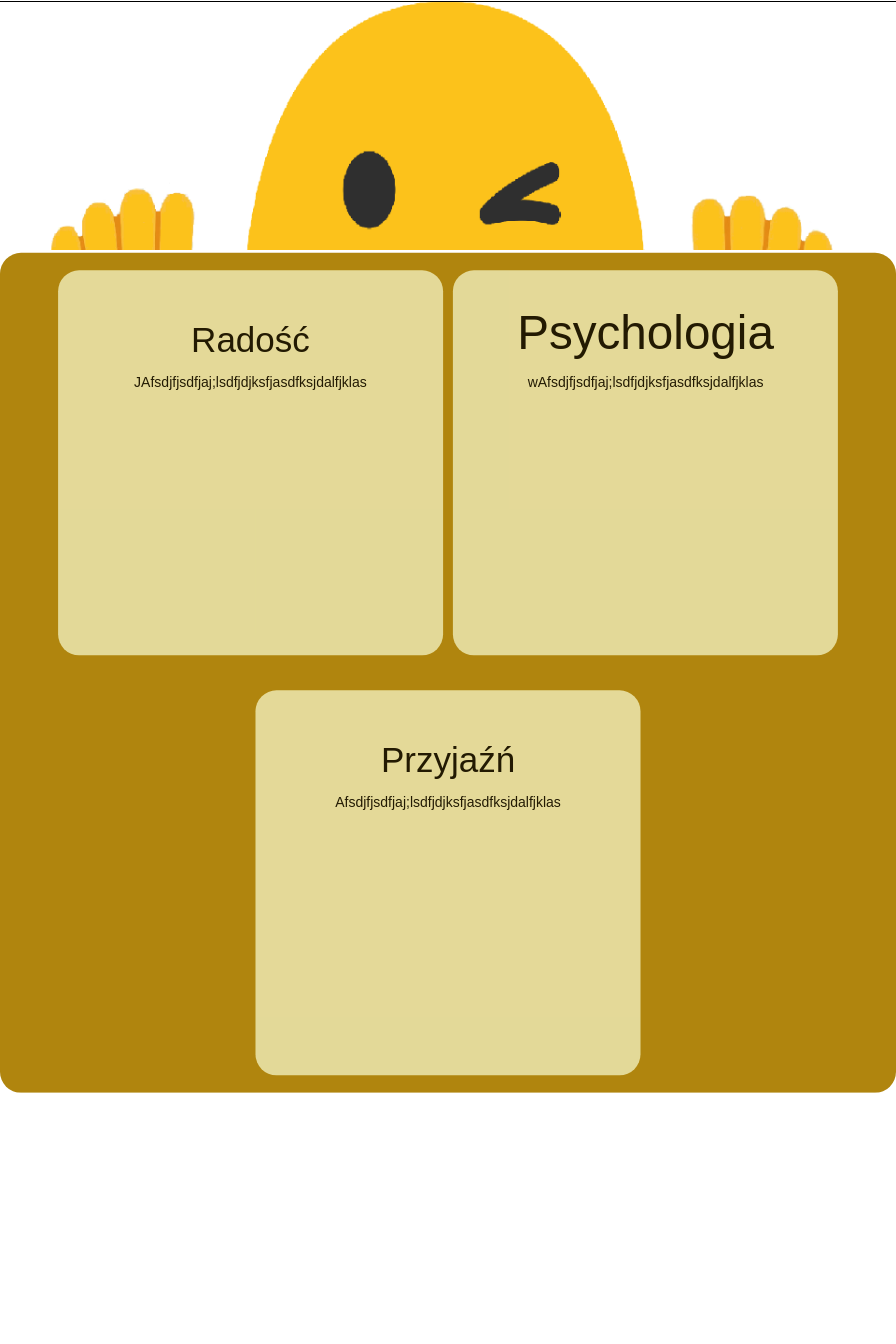
Repository: addstaw/moja-strona
Page: index.html
The author's editor kept a copy of each file at every save. The page is drawn from the files as they stood at one save, then again after the next save.
The browser window is 1280 px wide. The pictures show the part of the page from y = 363 to 2283 px (the page is 2924 px tall), at 70% of full size.
Some web fonts or font styles are not loaded; a fallback is used.

Above is the page before, as saved 2020-05-11 10:26:41.

### index.html
<!DOCTYPE html>
<html lang="pl">
    <head>
        <meta charset="utf-8"/>
        <title> Cheer Up</title>
        <link rel="shortcut icon" href="png/logo1.png" type="image/x-icon" />
        <meta name="description" content="Uśmiech to coś więcej niż prosty wyraz emocji. To nasza dusza wypuszczona na zewnątrz."/>
        <meta name="keywords" content="uśmiech, szczęście"/>
        <meta http-equiv="X-UA-Compatible" content="IE=edge, chrome=1"/>
        <link rel="stylesheet" href="css/style6.css" type="text/css"/>
        <link href="https://fonts.googleapis.com/css2?family=Ceviche+One&display=swap" rel="stylesheet">

    </head>
    <body>
        <div id="maincontainer">
            <herder>
                <div id="header">
                    <nav>
                        <span><img id="logo" src="png/header.png" width=360" height="90"/></span>
                    </nav>
                </div>
            </header>

            <div id="pause">

            </div>
            <section>
                <img id="emoticon" src="png/page4.png" width=100%" />
            </section>
        </div>
    <article>
        <div class="content">
            <div id="container">
                <div id="introduce">
                    <header><div class="headerIntroduce">Radość</div></header>
                    <article><div class="contentIntroduce">
                    JAfsdjfjsdfjaj;lsdfjdjksfjasdfksjdalfjklas
                    </div></article>
                </div>
                <div id="introduce">
                    <header><div class="headerIntroduce" id="mainHeaderIntroduce">Psychologia</div></header>
                    <article><div class="contentIntroduce">
                        wAfsdjfjsdfjaj;lsdfjdjksfjasdfksjdalfjklas
                    </div></article>
                </div>
                <div id="introduce">
                    <header><div class="headerIntroduce">Przyjaźń</div></header>
                    <article><div class="contentIntroduce">
                        Afsdjfjsdfjaj;lsdfjdjksfjasdfksjdalfjklas
                    </div></article>
                </div>
            </div>
        </div>
    </article>
    <section>
        <div id="white">

        </div>
    </section>
    <footer>
        <div id="footer">

        </div>
    </footer>
    </body>
</html>

### css/style6.css
*{
    margin: 0px;
    font-family: sans-serif;
}
/*maincontaine*/
    #maincontainer{
        text-align: center;
    }
    #header{
        margin-right: 1500px;
    }
    #pause{
        /*height: calc(103vh - 80vw); first version*/
        height: calc(100vh - 110px - 100vw * (536/1919));
    }
    #logo{
        border-radius: 75px;
        border: 3px solid #0bb397;
        margin-left: 30px;
        margin-top: 10px;
        position: relative;

    }
/*Introduce*/
    .content{
        background-color: #b0850e;
       /* width: 100%;*/
        width: calc(100% - 100vh/100vw);
        text-align: center;
        border-radius: 30px;
    }
        .headerIntroduce{
            font-size: 50px;
            margin-top: 50px;
            margin-bottom: 20px;
            padding-top: 20px;
        }
            #mainHeaderIntroduce{
                font-size: 68px;
                padding-top: 0;
             }
        .contentIntroduce{
            font-size: 20px;
        }

    #introduce{
        width: 550px;
        height: 550px;
        background-color: #f1efbb;
        margin-top: 25px;
        margin-bottom: 25px;
        margin-right: 5px;
        margin-left: 5px;
        display: inline-block;
        border-radius: 30px;
        opacity: 80%;
    }
    #introduce:hover{
        width: 550px;
        height: 550px;
        background-color: #f1efbb;/*#e3e0a6;*/
        margin-top: 20px;
        margin-bottom: 20px;
        margin-right: 0px;
        margin-left: 0px;
        display: inline-block;
        border-radius: 30px;
        border: solid 5px #0bb397;
        opacity: 100%;
        transition: 0.25s;
    }
#white{
    height: 500px;
    background-color: #fff;
}
#footer{
    height: 500px;
    background-color: #0bb397;
}

After the next save:
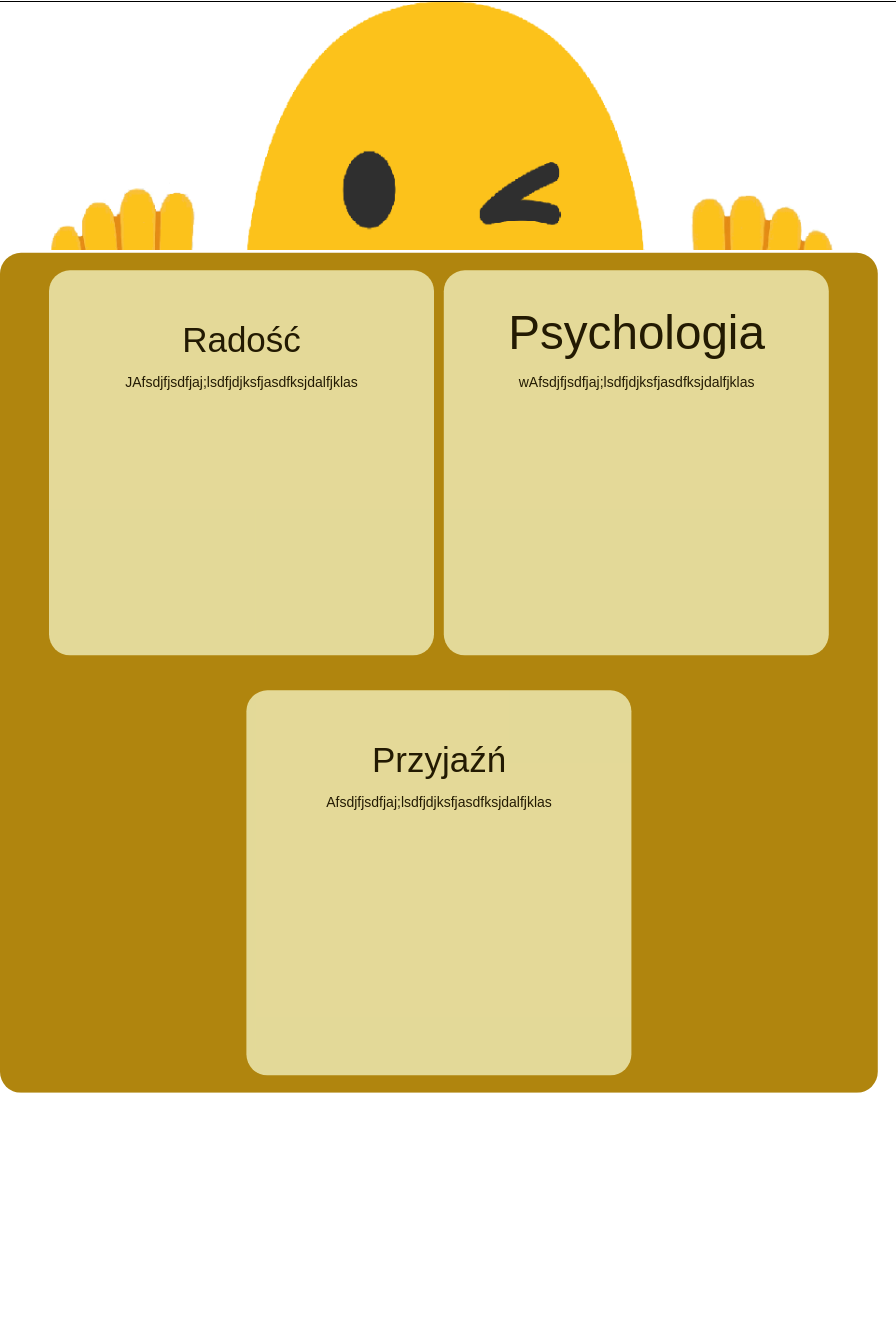
Saved 25 s later.
--- a/css/style6.css
+++ b/css/style6.css
@@ -25,7 +25,7 @@
     .content{
         background-color: #b0850e;
        /* width: 100%;*/
-        width: calc(100% - 100vh/100vw);
+        width: calc(98%);
         text-align: center;
         border-radius: 30px;
     }

After the save that followed:
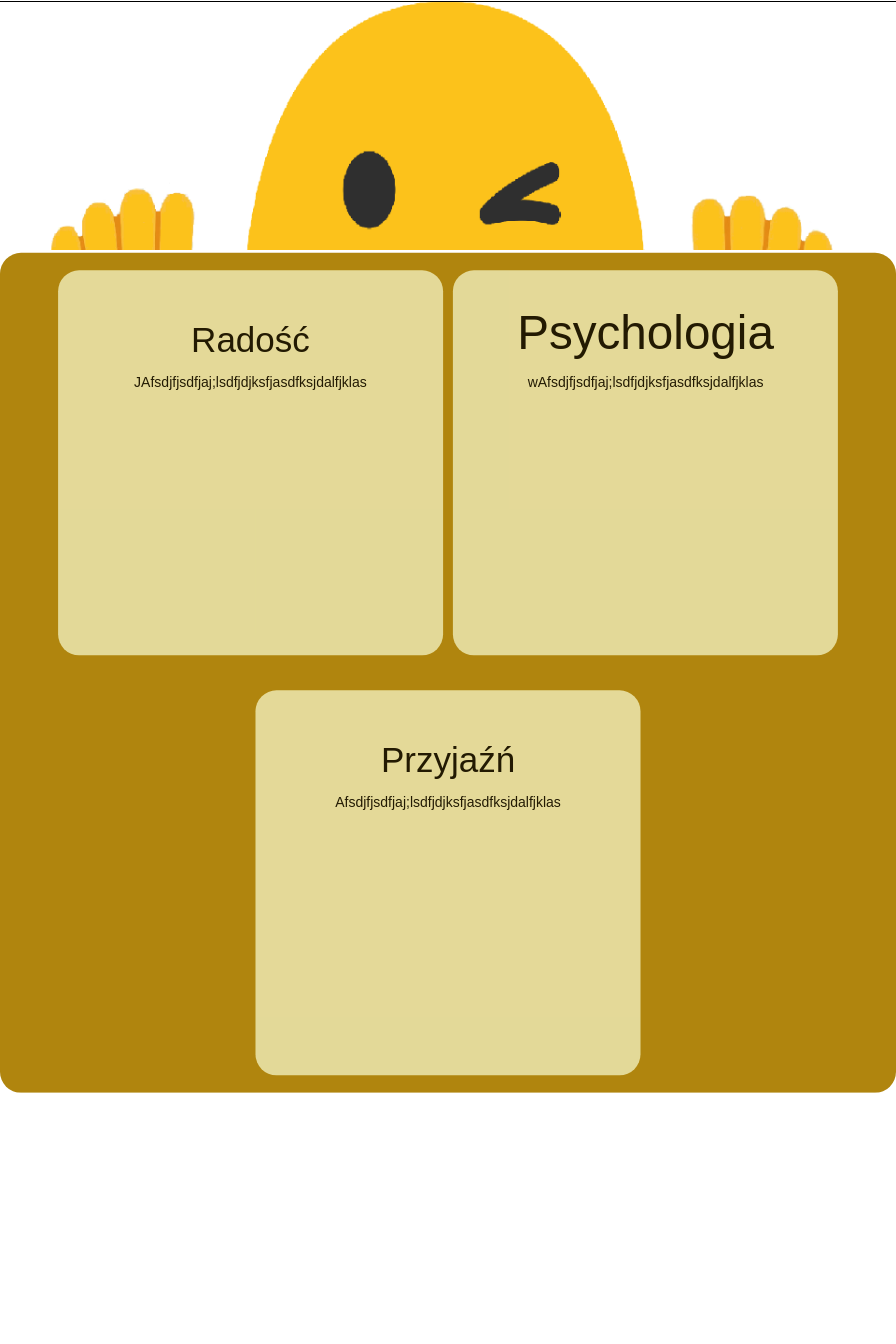
Saved 23 s later.
--- a/css/style6.css
+++ b/css/style6.css
@@ -25,7 +25,7 @@
     .content{
         background-color: #b0850e;
        /* width: 100%;*/
-        width: calc(98%);
+        width: calc(98% - 100vh/100vw);
         text-align: center;
         border-radius: 30px;
     }
